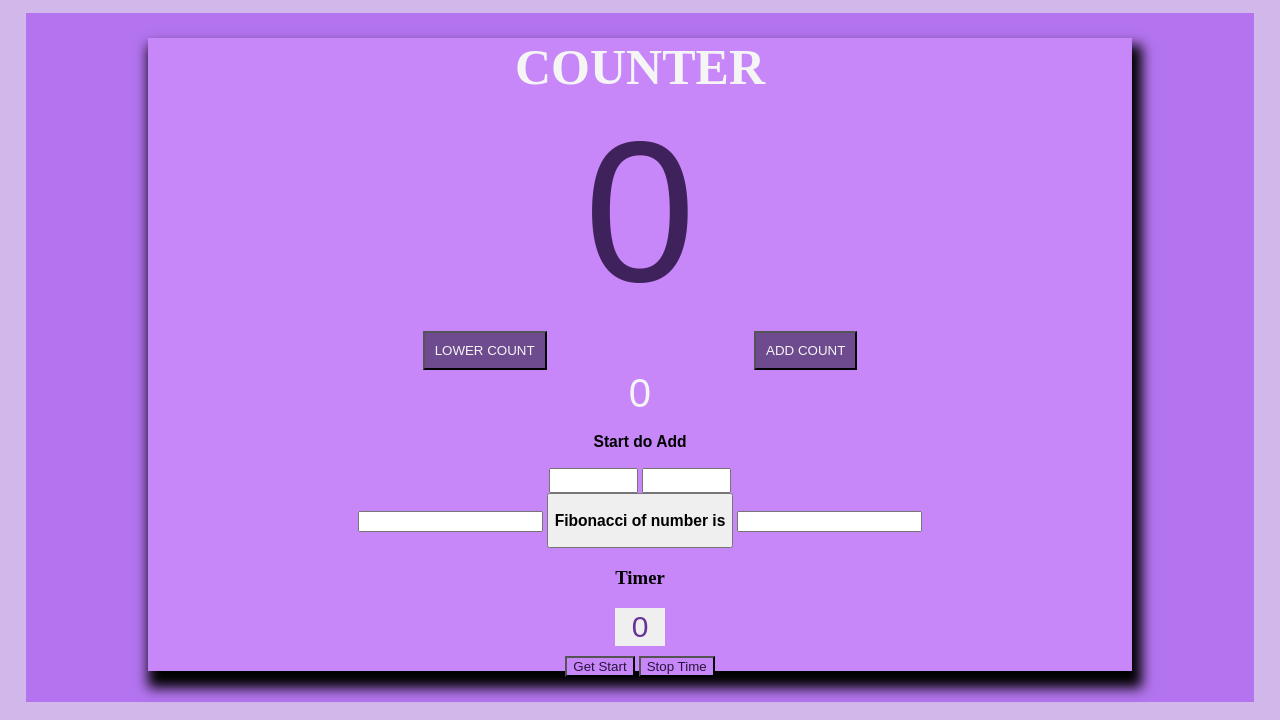
Repository: AnahitKhechumyan/Counter
Page: index.html
An editor plug-in stored every save of this project. The page is shown before and after the next save, followed by the edit.
The browser window is 1280 px wide. The pictures show the whole page.

Above is the page before, as saved 2022-02-15 23:55:52.

### index.html
<!DOCTYPE html>
<html lang="en">
<head>
    <meta charset="UTF-8">
    <meta http-equiv="X-UA-Compatible" content="IE=edge">
    <meta name="viewport" content="width=device-width, initial-scale=1.0">
    <link rel="stylesheet" href="style.css">
    <title>Counter</title>
</head>
<body>
    <div class="container">
       <div class="main">
            <div class="header">COUNTER</div>
            <button class= "counter">0</button>
            <div class = "change">
                 <button class ="decrement" type="button">LOWER COUNT</button>
                 <button class ="increment" type="button">ADD COUNT</button>
            </div>
            <button class= "sum">0</button> <br>
            <button class= "add" type="button"><h3>Start do Add</h3></button>
            <div >
                <input class ="firstInput" type="text" />
                <input class ="secondInput" type = "text"/>
           </div>
           <input class= "inputNumber" type="text"/>
           <button class= "fibonacci" type="button"><h3>Fibonacci of number is</h3></button>
           <input class= "inputFibonacci" type="text"/>
           <h3>Timer</h3>
           <button class= "timer">0</button>
            <div>
                <button class ="getTime">Get Start</button>
                <button class ="stopTime">Stop Time</button>
           </div>
        </div>
    </div>
    <script src= "script.js"></script>
</body>
</html>

### style.css
body{
    margin: 0;
    background-color: rgb(210, 183, 235);
}
.container{
    background-color: rgb(180, 116, 240);
    width: 96%;
    height: 94vh;
    margin-right:2%;
    margin-left:2%;
    margin-top:1%;
    padding-top: 1%;

}
.main{
    background-color: rgb(199, 135, 248);
    width: 80%;
    height: 88vh;
    margin: 1% 10%;
    box-shadow: 5px 12px 12px 5px;
    text-align: center;
}
.header{
    text-align: center;
    color:whitesmoke;
    font-size: 50px;
    font-weight: 700;
}

.counter{
    border:none;
    font-size:200px;
    color:rgb(63, 33, 92);
    background-color:rgb(199, 135, 248) ;

}
 .change{
     background-color:  rgb(199, 135, 248);
     font-size: 30px;
 }
.decrement{
    padding:10px;
    margin-right: 100px;
   background-color: rgb(110, 74, 143);
   color:whitesmoke;
}
.decrement:hover{
    background-color:whitesmoke;
    color:rgb(110, 74, 143);
    cursor:pointer;
}
.increment{
    padding:10px;
    margin-left: 100px;
    background-color: rgb(110, 74, 143);
    color:whitesmoke;
}
.increment:hover{
    background-color:whitesmoke;
    color:rgb(110, 74, 143);
    cursor:pointer;
}
.sum{
    border:none;
    background-color: rgb(199, 135, 248);
    color:whitesmoke;
    font-size: 40px;
}
.firstInput, .secondInput{
    width: 8%;
    padding:3px;
}
.timer{
    padding:2px 3px;
    font-size: 30px;
   width: 5%;
   border:none;
   color:rebeccapurple;
}

.getTime, .stopTime{
    margin-top:1%;
    background-color:rgb(199, 135, 248);
    color:rgb(41, 20, 61);
    cursor:pointer;
}
.getTime:hover, .stopTime:hover{
    background-color: whitesmoke;
    font-weight: 200;
}
h3{
    cursor:pointer;
}
.add{
    border:none;
    background-color: rgb(199, 135, 248);
}

### script.js
let counterElem = document.querySelector('.counter');
let addCount = document.querySelector('.increment');
let lowerCount =document.querySelector('.decrement');
let getTimer = document.querySelector('.getTime');
let stopTimer = document.querySelector('.stopTime');
let goTimer = document.querySelector('.timer');
let startAdd = document.querySelector('.add');
let addSum = document.querySelector('.sum');
let firstNum = document.querySelector('.firstInput');
let secondNum = document.querySelector('.secondInput');


    let count = 0;
    updateDisplay();

 addCount.addEventListener("click",()=>{
    count++;
    updateDisplay();
});
lowerCount.addEventListener("click",()=>{
    count--;
    updateDisplay();
});

function updateDisplay(){
    counterElem.innerHTML = count;
};


startAdd.addEventListener("click",()=>{
    let x = firstNum.value;
    let y = secondNum.value;
   addSum.innerHTML = add(x)(y);
   firstNum.value= " ";
   secondNum.value = " ";

});

 let sum = 0;
function add(x){
    return  function(y){
     return Number(x) + Number(y);
    }
};


    countTime=0;
 function getTime(){
    countTime++;
    goTimer.innerHTML = countTime;
 }
   let timer = 0;
  getTimer.addEventListener("click",()=>{
    timer = setInterval(getTime,1000);
});

stopTimer.addEventListener("click",()=>{
    clearInterval(timer);
    countTime = 0;
    goTimer.innerHTML = 0;
});

After the next save:
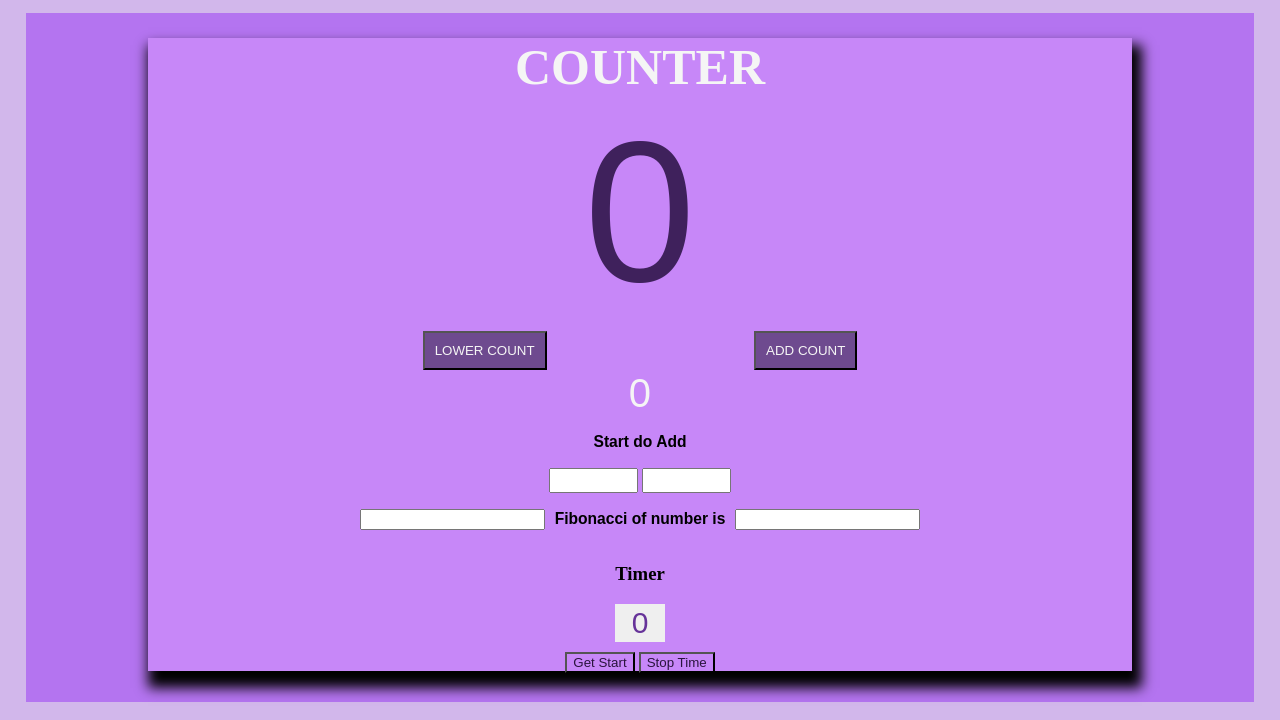
Saved 3 min 34 s later.
--- a/style.css
+++ b/style.css
@@ -70,6 +70,10 @@ body{
     width: 8%;
     padding:3px;
 }
+.fibonacci{
+    background-color: rgb(199, 135, 248);
+    border:none;
+}
 .timer{
     padding:2px 3px;
     font-size: 30px;
